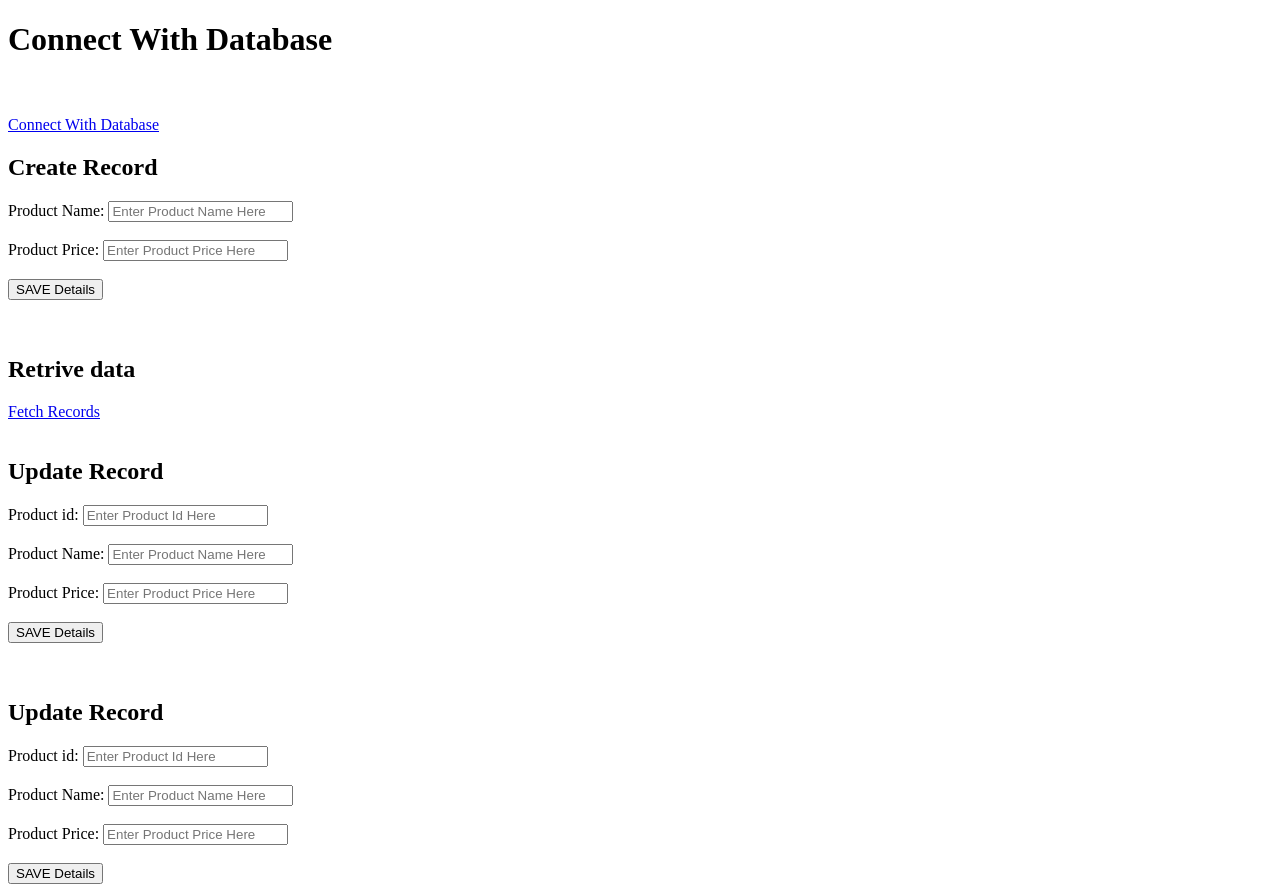
Repository: nspandey/Phase-2
Page: CRUDOperationsJDBC/src/main/webapp/index.html
The author's editor kept a copy of each file at every save. The page is drawn from the files as they stood at one save, then again after the next save.
The browser window is 1280 px wide. The pictures show the whole page.

Above is the page before, as saved 2023-02-06 15:47:01.

### CRUDOperationsJDBC/src/main/webapp/index.html
<!DOCTYPE html>
<html>
<head>
<meta charset="ISO-8859-1">
<title>Insert title here</title>
</head>
<body>

<h1>Connect With Database</h1>

<br>

<br>

<a href="connect">Connect With Database</a>

<br>

<h2>Create Record</h2>

<form action="save" method="post">

Product Name: <input type="text" name="pname" placeholder="Enter Product Name Here"><br><br>

Product Price: <input type="text" name="pprice" placeholder="Enter Product Price Here"><br><br>

<input type="submit" value="SAVE Details">


</form>


<br>
<br>

<h2>Retrive data</h2>
<a href="fetch">Fetch Records</a>

<br><br>

<h2>Update Record</h2>

<form action="update" method="post">
Product id: <input type="text" name="pid" placeholder="Enter Product Id Here"><br><br>

Product Name: <input type="text" name="pname" placeholder="Enter Product Name Here"><br><br>

Product Price: <input type="text" name="pprice" placeholder="Enter Product Price Here"><br><br>

<input type="submit" value="SAVE Details">
</form>

<br><br>

<h2>Update Record</h2>

<form action="delete" method="post">
Product id: <input type="text" name="pid" placeholder="Enter Product Id Here"><br><br>

Product Name: <input type="text" name="pname" placeholder="Enter Product Name Here"><br><br>

Product Price: <input type="text" name="pprice" placeholder="Enter Product Price Here"><br><br>

<input type="submit" value="SAVE Details">
</form>

</body>
</html>

After the next save:
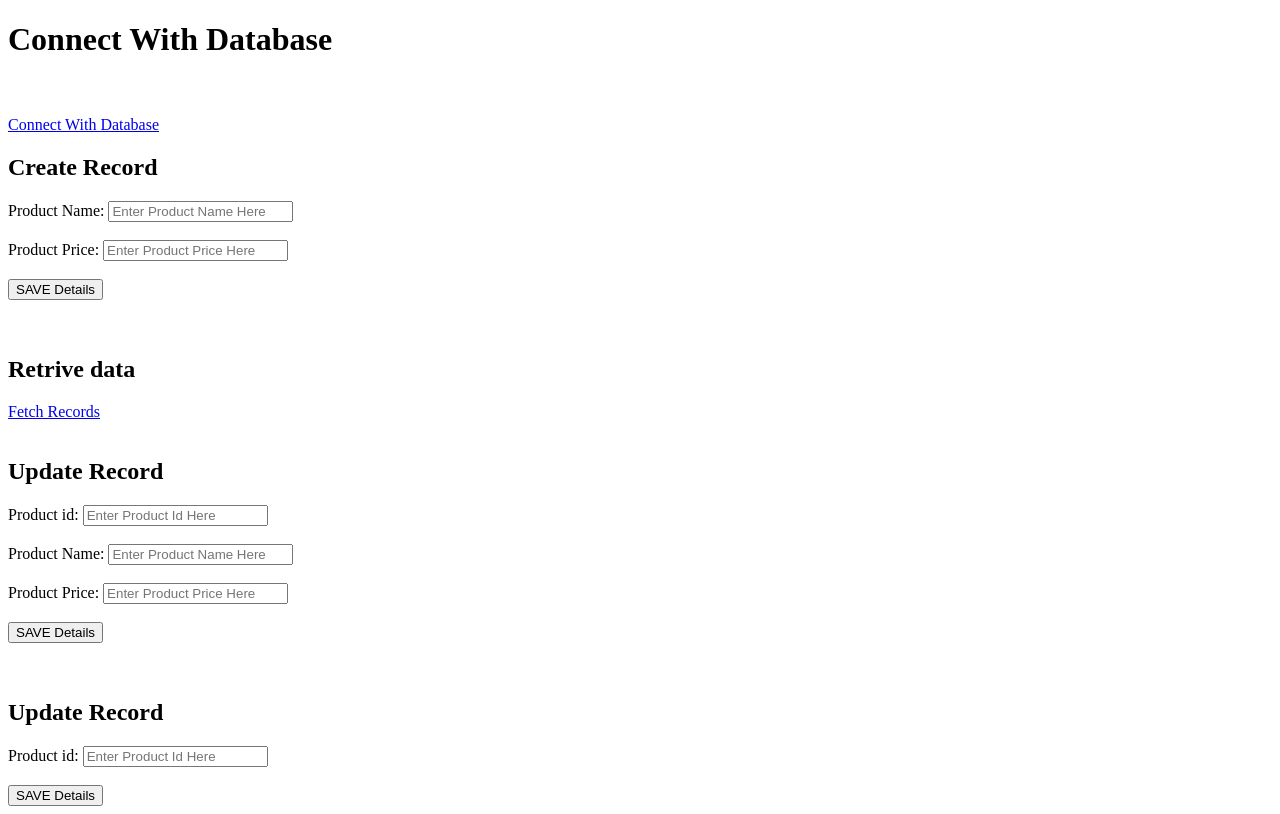
Saved 70 s later.
--- a/CRUDOperationsJDBC/src/main/webapp/index.html
+++ b/CRUDOperationsJDBC/src/main/webapp/index.html
@@ -57,9 +57,7 @@ Product Price: <input type="text" name="pprice" placeholder="Enter Product Price
 <form action="delete" method="post">
 Product id: <input type="text" name="pid" placeholder="Enter Product Id Here"><br><br>
 
-Product Name: <input type="text" name="pname" placeholder="Enter Product Name Here"><br><br>
 
-Product Price: <input type="text" name="pprice" placeholder="Enter Product Price Here"><br><br>
 
 <input type="submit" value="SAVE Details">
 </form>
